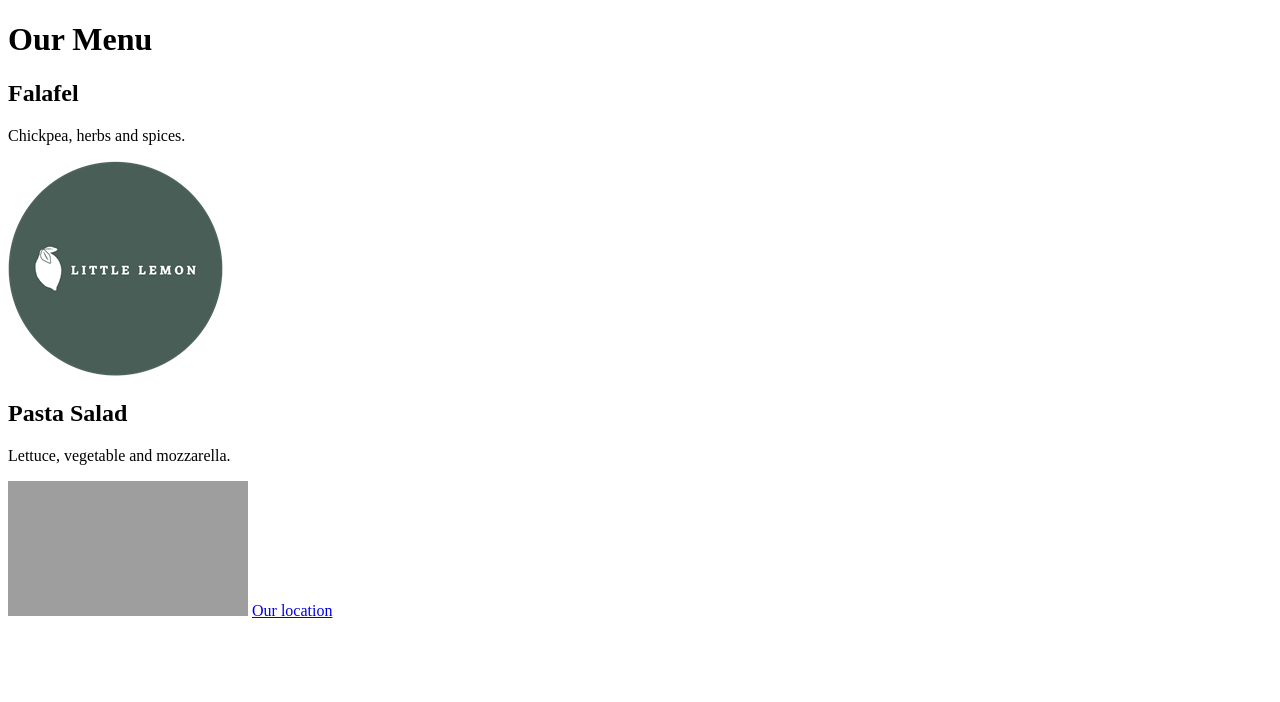
Repository: rajregmi98/metaintroductiontobackend
Page: index.html
An editor plug-in stored every save of this project. The page is shown before and after the next save, followed by the edit.
The browser window is 1280 px wide. The pictures show the whole page.
Pictures or frames that could not be fetched are drawn as grey boxes.

Above is the page before, as saved 2022-09-19 10:57:56.

After the next save:
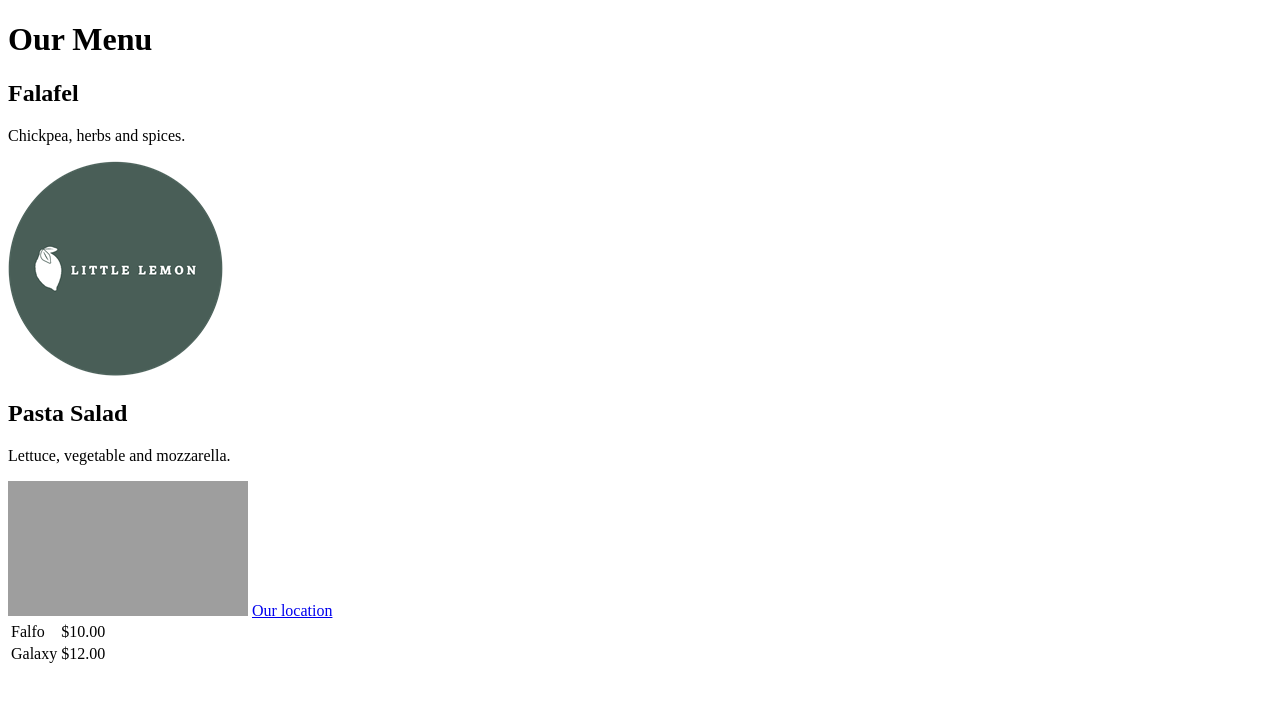
Saved 2 min 0 s later.
--- a/index.html
+++ b/index.html
@@ -17,5 +17,16 @@
     <img src="main_image_star-forming_region_carina_nircam_final-5mb.jpg" width ="240" height="135" alt="Galaxy">
 
     <a href="location.html"> Our location</a>
+    <table>
+        <tr>
+            <td> Falfo</td>
+            <td> $10.00</td>
+
+        </tr>
+        <tr>
+            <td> Galaxy</td>
+            <td> $12.00</td>
+        </tr>
+    </table>
 </body>
 </html>
